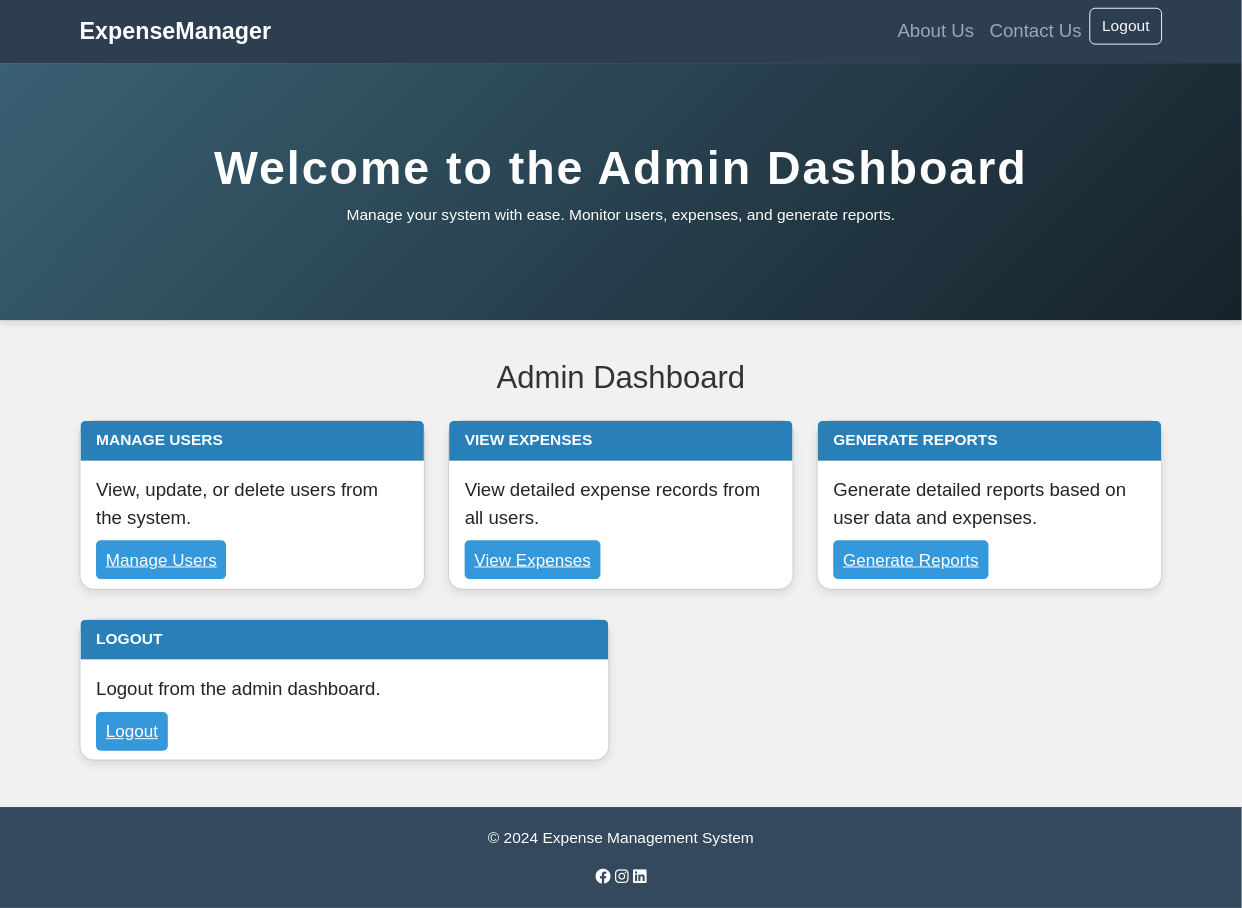
Repository: omlokhande1212/Expense-management
Page: http://localhost/Demo/admindashboard.jsp
The author's editor kept a copy of each file at every save. The page is drawn from the files as they stood at one save, then again after the next save.
The browser window is 1280 px wide. The pictures show the whole page, at 97% of full size.
The page is served by Tomcat 10. Other server files are loaded and not shown.

Above is the page before, as saved 2024-11-28 18:59:26.

### expense/Demo/src/main/webapp/admindashboard.jsp
<!DOCTYPE html>
<html lang="en">
<head>
    <meta charset="UTF-8">
    <meta name="viewport" content="width=device-width, initial-scale=1.0">
    <title>Admin Dashboard</title>
    <link href="https://cdn.jsdelivr.net/npm/bootstrap@5.3.0-alpha1/dist/css/bootstrap.min.css" rel="stylesheet">
    <link href="https://cdnjs.cloudflare.com/ajax/libs/font-awesome/6.0.0-beta3/css/all.min.css" rel="stylesheet">
    <style>
        body {
            font-family: 'Arial', sans-serif;
            background: #f1f1f1;
            color: #333;
            margin: 0;
            padding: 0;
        }
        .navbar {
            background-color: #2c3e50;
        }
        .navbar-brand {
            font-weight: bold;
            font-size: 1.5rem;
        }
        .navbar-nav .nav-link {
            font-size: 1.2rem;
            padding: 10px 15px;
        }
        .navbar-nav .nav-link:hover {
            background-color: #34495e;
            color: white;
        }
        .hero-section {
            background: linear-gradient(135deg, #3a6073, #16222A);
            color: white;
            padding: 80px 0;
            text-align: center;
            box-shadow: 0 4px 6px rgba(0, 0, 0, 0.1);
        }
        .hero-section h1 {
            font-size: 3rem;
            font-weight: bold;
            letter-spacing: 2px;
        }
        .dashboard-container {
            margin-top: 40px;
        }
        .card {
            border-radius: 15px;
            box-shadow: 0 4px 10px rgba(0, 0, 0, 0.1);
            background-color: #ffffff;
            transition: transform 0.3s ease;
        }
        .card:hover {
            transform: translateY(-10px);
        }
        .card-header {
            background-color: #2980b9;
            color: white;
            font-weight: bold;
            text-transform: uppercase;
            border-radius: 15px 15px 0 0;
        }
        .btn-dashboard {
            width: 100%;
            padding: 10px;
            font-size: 1.1rem;
            background-color: #3498db;
            border: none;
            color: white;
            transition: background-color 0.3s ease;
            border-radius: 5px;
        }
        .btn-dashboard:hover {
            background-color: #2980b9;
        }
        .card-body p {
            font-size: 1.2rem;
        }
        .row .col-md-4 {
            margin-bottom: 30px;
        }
        footer {
            background-color: #34495e;
            color: white;
            padding: 20px 0;
            text-align: center;
        }
        footer a {
            color: white;
            text-decoration: none;
            font-weight: bold;
        }
    </style>
</head>
<body>

    <!-- Navbar -->
    <nav class="navbar navbar-expand-lg navbar-dark">
        <div class="container">
            <a class="navbar-brand" href="#">ExpenseManager</a>
            <button class="navbar-toggler" type="button" data-bs-toggle="collapse" data-bs-target="#navbarNav">
                <span class="navbar-toggler-icon"></span>
            </button>
            <div class="collapse navbar-collapse" id="navbarNav">
                <ul class="navbar-nav ms-auto">

                    <li class="nav-item">
                        <a class="nav-link" href="aboutus.html">About Us</a>
                    </li>
                    <li class="nav-item">
                        <a class="nav-link" href="contactus.html">Contact Us</a>
                    </li>
                    <li class="nav-item">
                        <a class="btn btn-outline-light" href="index.html">Logout</a>
                    </li>
                </ul>
            </div>
        </div>
    </nav>

    <!-- Hero Section -->
    <div class="hero-section">
        <div class="container">
            <h1>Welcome to the Admin Dashboard</h1>
            <p>Manage your system with ease. Monitor users, expenses, and generate reports.</p>
        </div>
    </div>

    <!-- Dashboard Content -->
    <div class="container dashboard-container">
        <h2 class="text-center mb-4">Admin Dashboard</h2>
        <div class="row">
            <!-- Manage Users Card -->
            <div class="col-md-4">
                <div class="card">
                    <div class="card-header">
                        Manage Users
                    </div>
                    <div class="card-body">
                        <p>View, update, or delete users from the system.</p>
                        <a href="manageUsers.jsp" class="btn-dashboard">Manage Users</a>
                    </div>
                </div>
            </div>

            <!-- View Expenses Card -->
            <div class="col-md-4">
                <div class="card">
                    <div class="card-header">
                        View Expenses
                    </div>
                    <div class="card-body">
                        <p>View detailed expense records from all users.</p>
                        <a href="adminExpense.jsp" class="btn-dashboard">View Expenses</a>
                    </div>
                </div>
            </div>

            <!-- Reports Card -->
            <div class="col-md-4">
                <div class="card">
                    <div class="card-header">
                        Generate Reports
                    </div>
                    <div class="card-body">
                        <p>Generate detailed reports based on user data and expenses.</p>
                        <a href="adminReports.jsp" class="btn-dashboard">Generate Reports</a>
                    </div>
                </div>
            </div>
        </div>

        <div class="row">



            <!-- Logout Card -->
            <div class="col-md-6">
                <div class="card">
                    <div class="card-header">
                        Logout
                    </div>
                    <div class="card-body">
                        <p>Logout from the admin dashboard.</p>
                        <a href="index.html" class="btn-dashboard">Logout</a>
                    </div>
                </div>
            </div>
        </div>
    </div>

   <!-- Footer Section -->
  <footer class="footer mt-5">
    <div class="container text-center">
      <p>&copy; 2024 Expense Management System</p>
      <div class="social-icons">
        <a href="https://facebook.com" target="_blank"><i class="fab fa-facebook"></i></a>
        <a href="https://instagram.com" target="_blank"><i class="fab fa-instagram"></i></a>
        <a href="https://linkedin.com" target="_blank"><i class="fab fa-linkedin"></i></a>
      </div>
    </div>
  </footer>

    <!-- JavaScript Libraries -->
    <script src="https://cdn.jsdelivr.net/npm/bootstrap@5.3.0-alpha1/dist/js/bootstrap.bundle.min.js"></script>
</body>
</html>

After the next save:
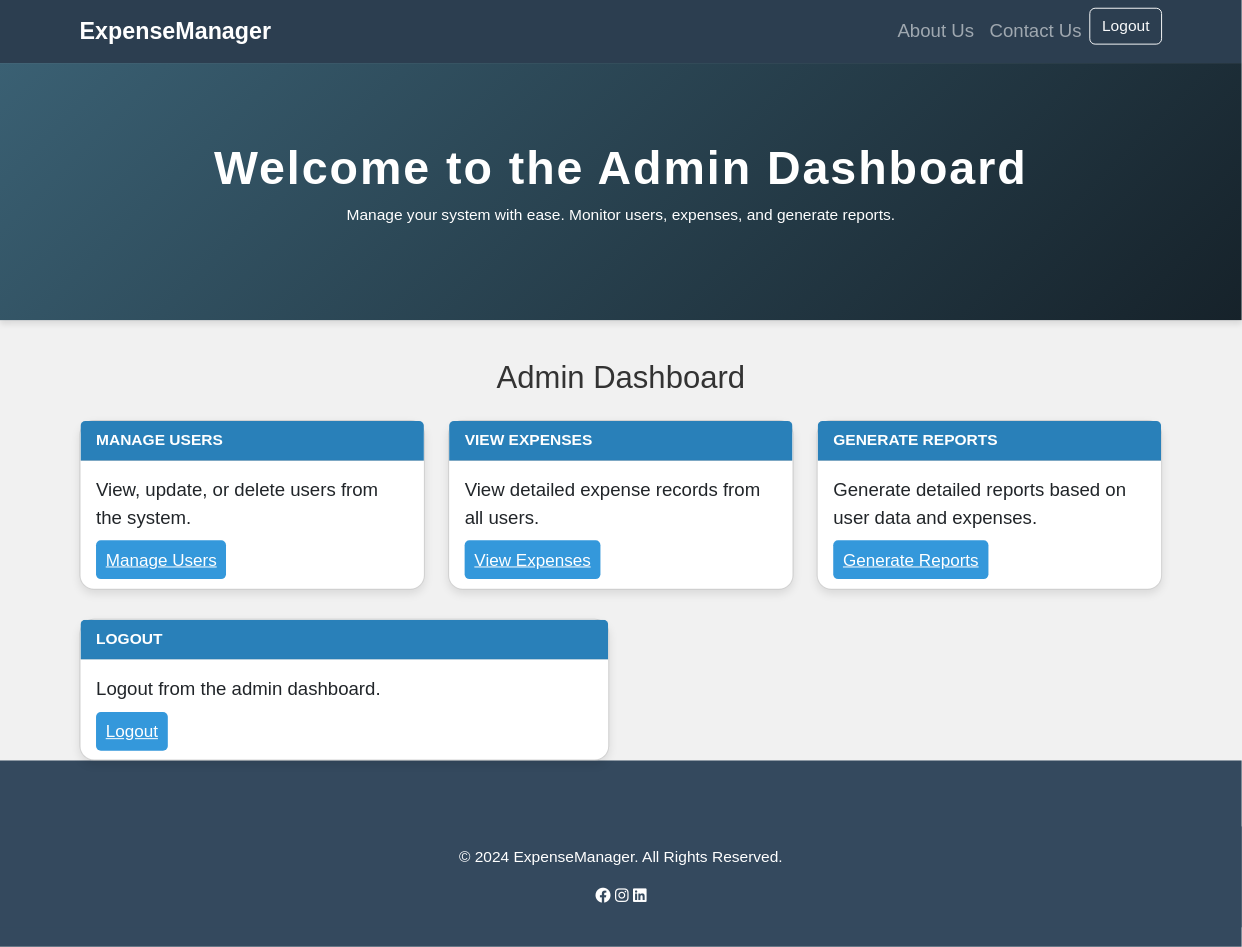
Saved 61 s later.
--- a/expense/Demo/src/main/webapp/admindashboard.jsp
+++ b/expense/Demo/src/main/webapp/admindashboard.jsp
@@ -189,10 +189,13 @@
         </div>
     </div>
 
-   <!-- Footer Section -->
+    <!-- Footer -->
+    <footer>
+
   <footer class="footer mt-5">
     <div class="container text-center">
-      <p>&copy; 2024 Expense Management System</p>
+              <p>&copy; <script>document.write(new Date().getFullYear())</script> ExpenseManager. All Rights Reserved.</p>
+
       <div class="social-icons">
         <a href="https://facebook.com" target="_blank"><i class="fab fa-facebook"></i></a>
         <a href="https://instagram.com" target="_blank"><i class="fab fa-instagram"></i></a>
